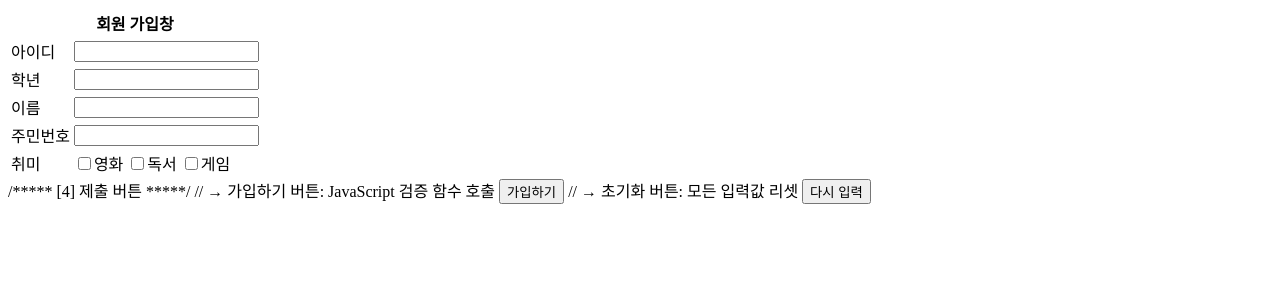
Repository: jrkim-kr/java-web-development
Page: http://localhost/test/WEB-INF/views/student/write.jsp
An editor plug-in stored every save of this project. The page is shown before and after the next save, followed by the edit.
The browser window is 1280 px wide. The pictures show the whole page.
The page is served by Tomcat 9. Nobody is signed in. Other server files are loaded and not shown. The template is opened directly, without the code that normally fills it, so the values that code supplies are empty.

Above is the page before, as saved 2024-12-03 07:36:22.

### workspace_sts/test/src/main/webapp/WEB-INF/views/student/write.jsp
<!-- ================================================
* [2] write.jsp (학생 등록 폼)
*================================================ -->

<!-- [1] JSP 기본 설정 -->
<%@ page language="java" contentType="text/html; charset=UTF-8" pageEncoding="UTF-8"%>
<!-- → 한글 처리를 위한 UTF-8 인코딩 설정 -->

<!-- [2] JavaScript 폼 검증 함수 -->
<script>
   function fn_sendMember() {
       // → 폼 객체와 입력값 가져오기
       var frmMember = document.frmMember;
       var id = frmMember.id.value;
       var name = frmMember.name.value;

       // → 아이디 필수 입력 검사
       if (id.trim() == '') {
           alert('아이디는 필수입니다.');
           document.querySelector("input[name='id']").focus();
           return;
       }

       // → 이름 필수 입력 검사
       if (name.length == 0 || name == '') {
           alert('이름은 필수입니다.');
           return;
       }

       // → 검증 통과 시 폼 제출
       frmMember.method = 'post';         // POST 방식 설정
       frmMember.action = 'regist.do';    // 제출할 URL 설정
       frmMember.submit();                // 폼 제출
   }
</script>

<body>
<!-- [3] HTML 폼 구조 -->
<form name="frmMember">
   <table>
       <!-- → 테이블 헤더 -->
       <tr><th colspan="2">회원 가입창</th></tr>

       <!-- → 아이디 입력 -->
       <tr>
           <td>아이디</td>
           <td><input type="text" name="id"></td>
       </tr>

       <!-- → 학년 입력 -->
       <tr>
           <td>학년</td>
           <td><input type="text" name="grade"></td>
       </tr>

       <!-- → 이름 입력 -->
       <tr>
           <td>이름</td>
           <td><input type="text" name="name"></td>
       </tr>

       <!-- → 주민번호 입력 -->
       <tr>
           <td>주민번호</td>
           <td><input type="text" name="jumin"></td>
       </tr>

       <!-- → 취미 선택 (체크박스) -->
       <tr>
           <td>취미</td>
           <td>
               <input type="checkbox" name="hobbyName" value="영화">영화
               <input type="checkbox" name="hobbyName" value="독서">독서
               <input type="checkbox" name="hobbyName" value="게임">게임
           </td>
       </tr>
   </table>

   /***** [4] 제출 버튼 *****/
   // → 가입하기 버튼: JavaScript 검증 함수 호출
   <input type="button" value="가입하기" onclick="fn_sendMember()">
   // → 초기화 버튼: 모든 입력값 리셋
   <input type="reset" value="다시 입력">
</form>
</body>

After the next save:
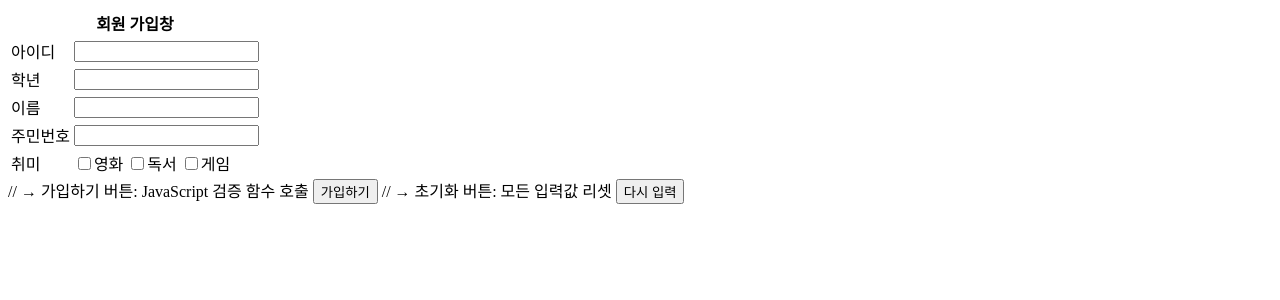
Saved 14 s later.
--- a/workspace_sts/test/src/main/webapp/WEB-INF/views/student/write.jsp
+++ b/workspace_sts/test/src/main/webapp/WEB-INF/views/student/write.jsp
@@ -76,7 +76,7 @@
        </tr>
    </table>
 
-   /***** [4] 제출 버튼 *****/
+   <!-- [4] 제출 버튼 -->
    // → 가입하기 버튼: JavaScript 검증 함수 호출
    <input type="button" value="가입하기" onclick="fn_sendMember()">
    // → 초기화 버튼: 모든 입력값 리셋
